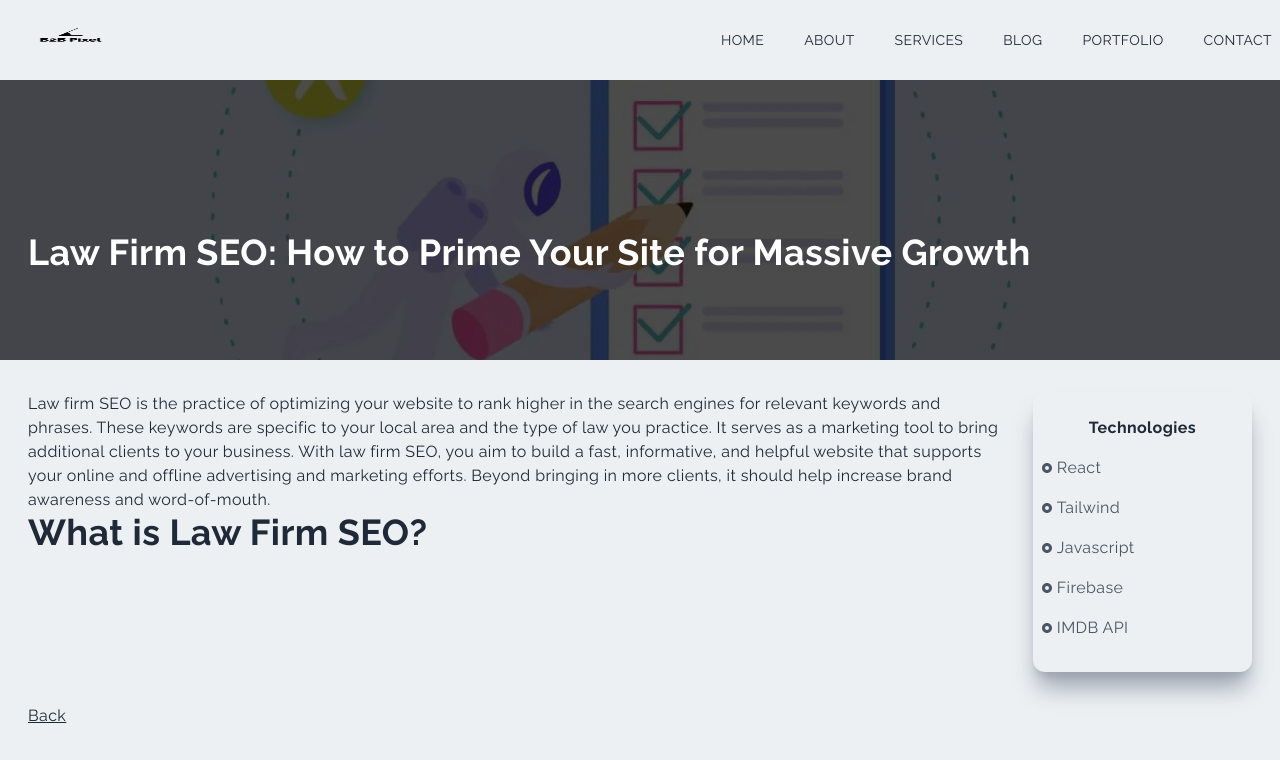
Repository: DID0101/nextjs.b2b
Page: /netflix
These files come from the project's save history. The page is drawn as it stood at one moment and after the next save; the edit follows.
The browser window is 1280 px wide. The pictures show the whole page.
The project was rebuilt for these pictures with package versions that can differ from the ones it lists, and the page was loaded fresh each time. The framework's server and built-in components were replaced by stand-ins that run in the browser. Also part of the build but not shown: next.config.js.

Above is the page before, as saved 2024-01-22 03:19:41.

### pages/netflix.jsx
import Image from 'next/image';
import React from 'react';
import netflixImg from '../public/assets/projects/netflix.jpg';
import { RiRadioButtonFill } from 'react-icons/ri';
import Link from 'next/link';

const netflix = () => {
  return (
    <div className='w-full'>
      <div className='w-screen h-[50vh] relative'>
        <div className='absolute top-0 left-0 w-full h-[50vh] bg-black/70 z-10' />
        <Image
          className='absolute z-1'
          layout='fill'
          objectFit='cover'
          src={netflixImg}
          alt='/'
        />
        <div className='absolute top-[70%] max-w-[1240px] w-full left-[50%] right-[50%] translate-x-[-50%] translate-y-[-50%] text-white z-10 p-2'>
          <h2 className='py-2'>Law Firm SEO: How to Prime Your Site for Massive Growth</h2>
          {/* <h3>React JS / Tailwind / Firebase</h3> */}
        </div>
      </div>

      <div className='max-w-[1240px] mx-auto p-2 grid md:grid-cols-5 gap-8 py-8'>
        <div className='col-span-4'>
          {/* <p>Project</p> */}
          {/* <h2>Overview</h2> */}
          <p>
          Law firm SEO is the practice of optimizing your website to rank higher in the search engines for relevant keywords and phrases. These keywords are specific to your local area and the type of law you practice. It serves as a marketing tool to bring additional clients to your business.

With law firm SEO, you aim to build a fast, informative, and helpful website that supports your online and offline advertising and marketing efforts. Beyond bringing in more clients, it should help increase brand awareness and word-of-mouth.
          </p>
          <p>


          </p>
          <h2>What is Law Firm SEO?</h2>

          {/* <a
            href='https://github.com/fireclint/netflix-react-tailwind'
            target='_blank'
            rel='noreferrer'
          >
            <button className='px-8 py-2 mt-4 mr-8'>Code</button>
          </a>
          <a
            href='https://fireclint.github.io/netflix-react-tailwind/'
            target='_blank'
            rel='noreferrer'
          >
            <button className='px-8 py-2 mt-4'>Demo</button>
          </a> */}
        </div>
        <div className='col-span-4 md:col-span-1 shadow-xl shadow-gray-400 rounded-xl py-4'>
          <div className='p-2'>
            <p className='text-center font-bold pb-2'>Technologies</p>
            <div className='grid grid-cols-3 md:grid-cols-1'>
              <p className='text-gray-600 py-2 flex items-center'>
                <RiRadioButtonFill className='pr-1' /> React
              </p>
              <p className='text-gray-600 py-2 flex items-center'>
                <RiRadioButtonFill className='pr-1' /> Tailwind
              </p>
              <p className='text-gray-600 py-2 flex items-center'>
                <RiRadioButtonFill className='pr-1' /> Javascript
              </p>
              <p className='text-gray-600 py-2 flex items-center'>
                <RiRadioButtonFill className='pr-1' /> Firebase
              </p>
              <p className='text-gray-600 py-2 flex items-center'>
                <RiRadioButtonFill className='pr-1' /> IMDB API
              </p>
            </div>
          </div>
        </div>
        <Link href='/#projects'>
          <p className='underline cursor-pointer'>Back</p>
        </Link>
      </div>
    </div>
  );
};

export default netflix;

### components/Navbar.jsx
import Image from 'next/image';
import Link from 'next/link';
import React, { useState, useEffect } from 'react';
import { AiOutlineClose, AiOutlineMail, AiOutlineMenu } from 'react-icons/ai';
import { FaGithub, FaLinkedinIn } from 'react-icons/fa';
import { BsFillPersonLinesFill } from 'react-icons/bs';
// import { useRouter } from 'next/router';
import NavLogo from '../public/assets/navLogo.png'

const Navbar = () => {
  const [nav, setNav] = useState(false);
  const [shadow, setShadow] = useState(false);
  const [navBg, setNavBg] = useState('#ecf0f3');
  const [linkColor, setLinkColor] = useState('#1f2937');
  // const [position, setPosition] = useState('fixed')
  // const router = useRouter();

  // useEffect(() => {
  //   if (
  //     router.asPath === '/property' ||
  //     router.asPath === '/crypto' ||
  //     router.asPath === '/netflix' ||
  //     router.asPath === '/twitch'
  //   ) {
  //     setNavBg('transparent');
  //     setLinkColor('#ecf0f3');
  //   } else {
  //     setNavBg('#ecf0f3');
  //     setLinkColor('#1f2937');
  //   }
  // }, [router]);

  const handleNav = () => {
    setNav(!nav);
  };

  useEffect(() => {
    const handleShadow = () => {
      if (window.scrollY >= 90) {
        setShadow(true);
      } else {
        setShadow(false);
      }
    };
    window.addEventListener('scroll', handleShadow);
  }, []);

  return (
    <div
      style={{ backgroundColor: `${navBg}` }}
      className={
        shadow
          ? 'fixed w-full h-20 shadow-xl z-[100] ease-in-out duration-300'
          : 'fixed w-full h-20 z-[100]'
      }
    >
      <div className='flex justify-between items-center w-full h-full px-2 2xl:px-16'>
        <Link href='/'>
          <a>
            <Image
              src={NavLogo}
              alt='/'
              width='125'
              height='50'
              className='cursor-pointer'
            />
          </a>
        </Link>
        <div>
          <ul style={{ color: `${linkColor}` }} className='hidden md:flex'>
            <li className='ml-10 text-sm uppercase hover:border-b'>
              <Link href='/'>Home</Link>
            </li>
            <li className='ml-10 text-sm uppercase hover:border-b'>
              <Link href='/#about'>About</Link>
            </li>
            <li className='ml-10 text-sm uppercase hover:border-b'>
              <Link href='/#skills'>Services</Link>
            </li>
            <li className='ml-10 text-sm uppercase hover:border-b'>
              <Link href='/#projects'>Blog</Link>
            </li>
            <li className='ml-10 text-sm uppercase hover:border-b'>
              <Link href='/resume'>Portfolio</Link>
            </li>
            <li className='ml-10 text-sm uppercase hover:border-b'>
              <Link href='/#contact'>Contact</Link>
            </li>
          </ul>
          {/* Hamburger Icon */}
          <div
            style={{ color: `${linkColor}` }}
            onClick={handleNav}
            className='md:hidden'
          >
            <AiOutlineMenu size={25} />
          </div>
        </div>
      </div>

      {/* Mobile Menu */}
      {/* Overlay */}
      <div
        className={
          nav ? 'md:hidden fixed left-0 top-0 w-full h-screen bg-black/70' : ''
        }
      >
        {/* Side Drawer Menu */}
        <div
          className={
            nav
              ? ' fixed left-0 top-0 w-[75%] sm:w-[60%] md:w-[45%] h-screen bg-[#ecf0f3] p-10 ease-in duration-500'
              : 'fixed left-[-100%] top-0 p-10 ease-in duration-500'
          }
        >
          <div>
            <div className='flex w-full items-center justify-between'>
              <Link href='/'>
                <a>
                  <Image
                    src={NavLogo}
                    width='87'
                    height='35'
                    alt='/'
                  />
                </a>
              </Link>
              <div
                onClick={handleNav}
                className='rounded-full shadow-lg shadow-gray-400 p-3 cursor-pointer'
              >
                <AiOutlineClose />
              </div>
            </div>
            <div className='border-b border-gray-300 my-4'>
              <p className='w-[85%] md:w-[90%] py-4'>
                Let&#39;s build something legendary together
              </p>
            </div>
          </div>
          <div className='py-4 flex flex-col'>
            <ul className='uppercase'>
              <Link href='/'>
                <li onClick={() => setNav(false)} className='py-4 text-sm'>
                  Home
                </li>
              </Link>
              <Link href='/#about'>
                <li onClick={() => setNav(false)} className='py-4 text-sm'>
                  About
                </li>
              </Link>
              <Link href='/#skills'>
                <li onClick={() => setNav(false)} className='py-4 text-sm'>
                  Skills
                </li>
              </Link>
              <Link href='/#projects'>
                <li onClick={() => setNav(false)} className='py-4 text-sm'>
                  Projects
                </li>
              </Link>
              <Link href='/resume'>
                <li onClick={() => setNav(false)} className='py-4 text-sm'>
                  Resume
                </li>
              </Link>
              <Link href='/#contact'>
                <li onClick={() => setNav(false)} className='py-4 text-sm text-[#ac4d5a]'>
                  Save My Spot
                </li>
              </Link>
            </ul>
            <div className='pt-40'>
              <p className='uppercase tracking-widest text-[#5651e5]'>
                Let&#39;s Connect
              </p>
              <div className='flex items-center justify-between my-4 w-full sm:w-[80%]'>
                <a
                  href='https://www.linkedin.com/in/clint-briley-50056920a/'
                  target='_blank'
                  rel='noreferrer'
                >
                  <div className='rounded-full shadow-lg shadow-gray-400 p-3 cursor-pointer hover:scale-105 ease-in duration-300'>
                    <FaLinkedinIn />
                  </div>
                </a>
                <a
                  href='https://github.com/fireclint'
                  target='_blank'
                  rel='noreferrer'
                >
                  <div className='rounded-full shadow-lg shadow-gray-400 p-3 cursor-pointer hover:scale-105 ease-in duration-300'>
                    <FaGithub />
                  </div>
                </a>
                <Link href='/#contact'>
                  <div
                    onClick={() => setNav(!nav)}
                    className='rounded-full shadow-lg shadow-gray-400 p-3 cursor-pointer hover:scale-105 ease-in duration-300'
                  >
                    <AiOutlineMail />
                  </div>
                </Link>
                <Link href='/resume'>
                  <div
                    onClick={() => setNav(!nav)}
                    className='rounded-full shadow-lg shadow-gray-400 p-3 cursor-pointer hover:scale-105 ease-in duration-300'
                  >
                    <BsFillPersonLinesFill />
                  </div>
                </Link>
              </div>
            </div>
          </div>
        </div>
      </div>
    </div>
  );
};

export default Navbar;

Loaded but not shown: pages/_app.js (common file); pages/_document.js (common file); styles/globals.css (common file); tailwind.config.js (common file)

After the next save:
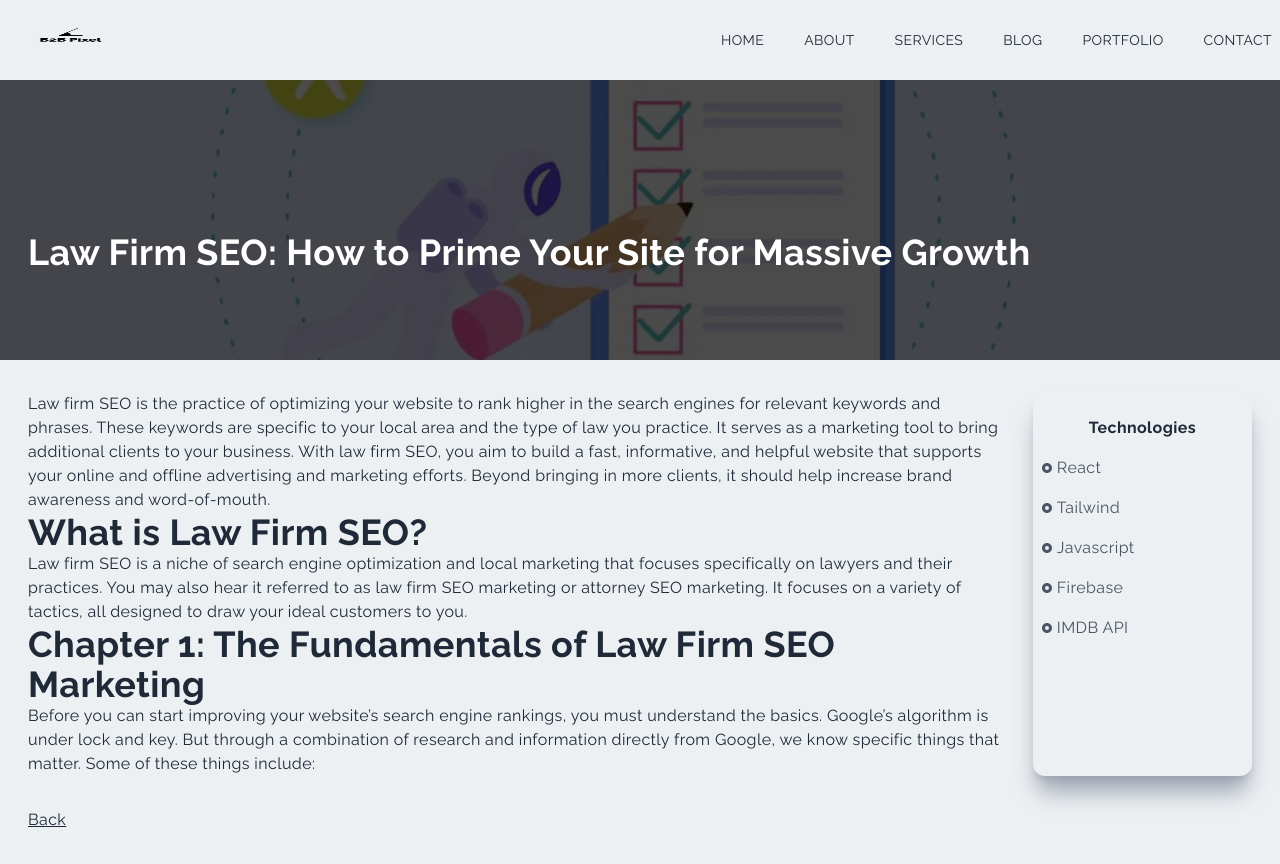
Saved 117 s later.
--- a/pages/netflix.jsx
+++ b/pages/netflix.jsx
@@ -33,9 +33,19 @@
           </p>
           <p>
 
-
           </p>
           <h2>What is Law Firm SEO?</h2>
+          <p> </p>
+          <p>Law firm SEO is a niche of search engine optimization and local marketing that focuses specifically on lawyers and their practices. You may also hear it referred to as law firm SEO marketing or attorney SEO marketing. It focuses on a variety of tactics, all designed to draw your ideal customers to you.</p>
+            <p> </p>
+            <h2>Chapter 1: The Fundamentals of Law Firm SEO Marketing</h2>
+            <p> </p>
+            <p>Before you can start improving your website’s search engine rankings, you must understand the basics. Google’s algorithm is under lock and key. But through a combination of research and information directly from Google, we know specific things that matter. Some of these things include:</p>
+               <p>
+
+               </p>
+
+
 
           {/* <a
             href='https://github.com/fireclint/netflix-react-tailwind'
